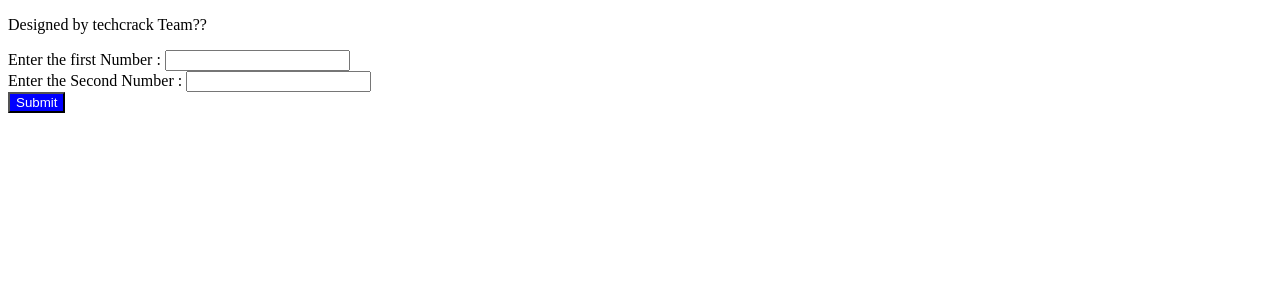
Repository: KavinAdithya/Servlet-JSP
Page: RemoAPP/src/main/webapp/Calculator.html
The author's editor kept a copy of each file at every save. The page is drawn from the files as they stood at one save, then again after the next save.
The browser window is 1280 px wide. The pictures show the whole page.

Above is the page before, as saved 2024-03-16 09:35:38.

### RemoAPP/src/main/webapp/Calculator.html
<!DOCTYPE html>
<html>
	<head>
		<meta charset="ISO-8859-1">
		<title>AdvCalculator</title>
		<style>
		.submit{
		color:white;
		background-color:blue;
		}
		</style>
	</head>
	<body>
		<p>
			Designed by techcrack Team??
		</p>
		<form action="subtraction">
			Enter the first Number : <input type="text" name="number1"><br>
			Enter the Second Number : <input type="text" name="number2"><br>
			<input type="submit" class="submit">
		</form>
	</body>
</html>

After the next save:
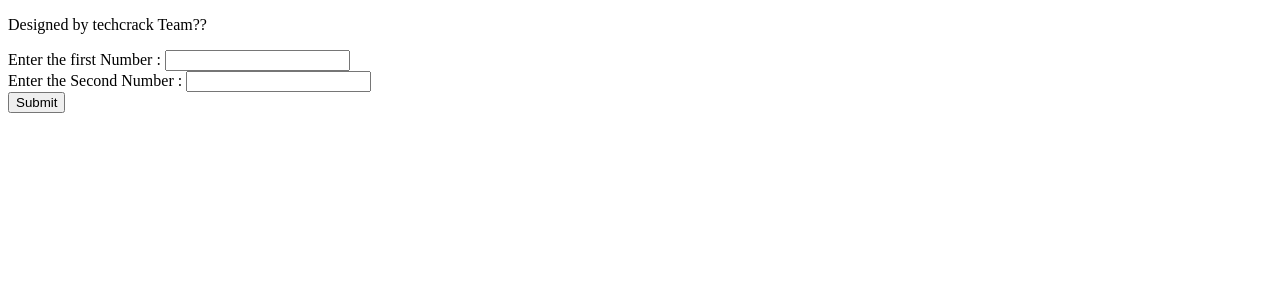
Saved 21 s later.
--- a/RemoAPP/src/main/webapp/Calculator.html
+++ b/RemoAPP/src/main/webapp/Calculator.html
@@ -17,7 +17,7 @@
 		<form action="subtraction">
 			Enter the first Number : <input type="text" name="number1"><br>
 			Enter the Second Number : <input type="text" name="number2"><br>
-			<input type="submit" class="submit">
+			<input type="submit">
 		</form>
 	</body>
 </html>
